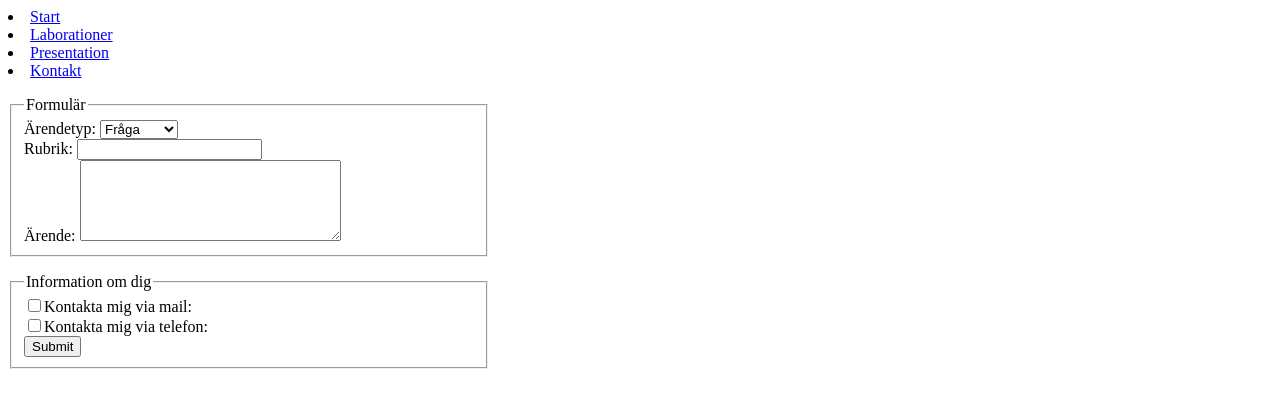
Repository: RebeccaFransson/Interfacedevelopment-1IK415
Page: pages/kontakt.html
The author's editor kept a record of every edit. The page is drawn from the files as they stood at one moment, then again after the next edit.
The browser window is 1280 px wide. The pictures show the whole page.

Above is the page before.

After the next edit:
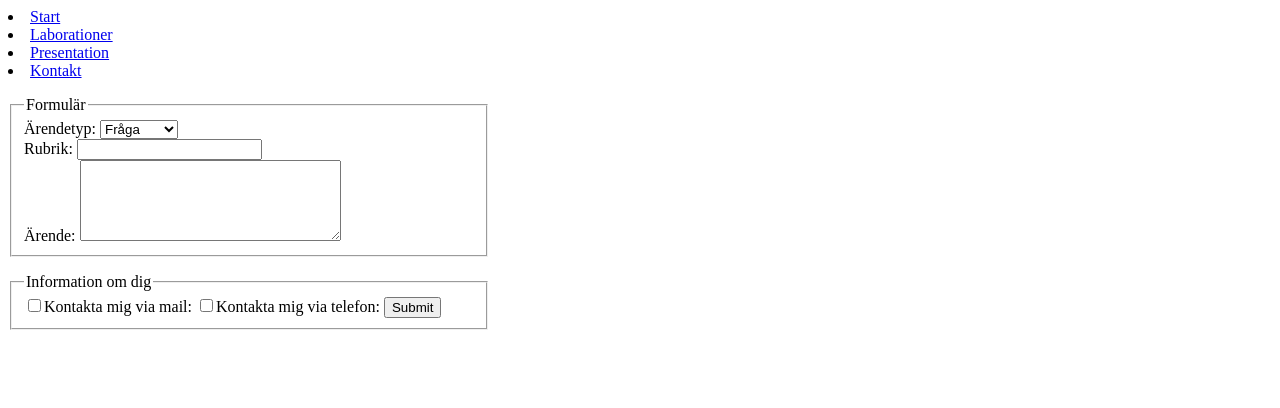
The edit:
--- a/pages/kontakt.html
+++ b/pages/kontakt.html
@@ -27,8 +27,8 @@
 <p>
 <fieldset style="width: 450px" >
       <legend>Information om dig</legend>
-<input type="checkbox" name="kontakt" value="Mail">Kontakta mig via mail:<br>
-<input type="checkbox" name="kontakt" value="Telefon">Kontakta mig via telefon:<br>
+<input type="checkbox" name="kontakt" value="Mail">Kontakta mig via mail:
+<input type="checkbox" name="kontakt" value="Telefon">Kontakta mig via telefon:
 <input type="submit" value="Submit">
  </fieldset>
 </form>
